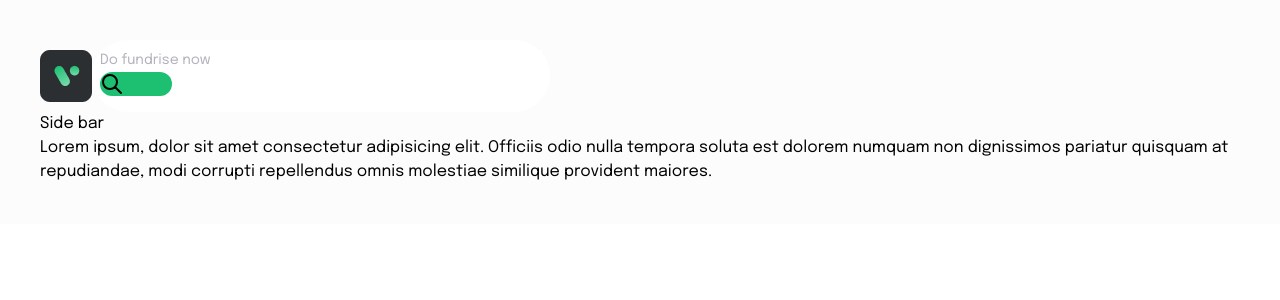
Repository: hoang0508/CrowFunding-APP
Page: /
An editor plug-in stored every save of this project. The page is shown before and after the next save, followed by the edit.
The browser window is 1280 px wide. The pictures show the whole page.
The project was rebuilt for these pictures with package versions that can differ from the ones it lists, and the page was loaded fresh each time. Imported but missing from the stored project, and not drawn on this page: src/store/reducers.

Above is the page before, as saved 2022-07-20 23:12:15.

After the next save:
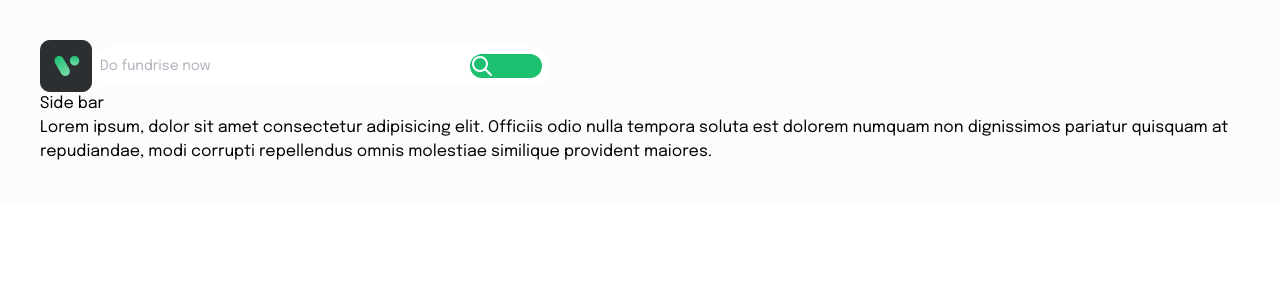
Saved 22 s later.
--- a/src/modules/dashboard/DashboardSearch.js
+++ b/src/modules/dashboard/DashboardSearch.js
@@ -2,7 +2,7 @@ import React from "react";
 
 const DashboardSearch = () => {
   return (
-    <div className="bg-white rounded-full shadow-[10px_10px_20px_rgba(218, 213, 213, 0.15)] p-2 w-full max-w-[458px]">
+    <div className="bg-white rounded-full shadow-[10px_10px_20px_rgba(218, 213, 213, 0.15)] p-2 w-full max-w-[458px] flex items-center">
       <div className="flex-1">
         <input
           type="text"
@@ -10,7 +10,7 @@ const DashboardSearch = () => {
           className=" w-full text-sm font-normal placeholder:text-text4 text-text1"
         />
       </div>
-      <button className="w-[72px] h-full rounded-full bg-primary">
+      <button className="w-[72px] h-full rounded-full bg-primary text-white">
         <svg
           xmlns="http://www.w3.org/2000/svg"
           className="h-6 w-6"
